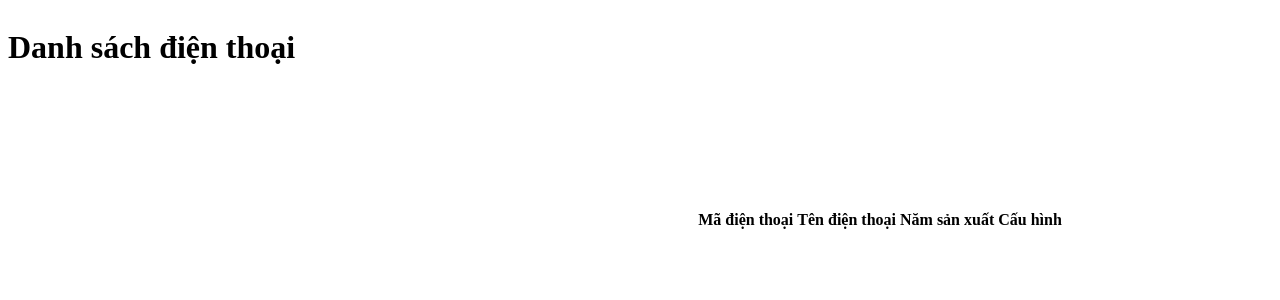
Repository: buikhacthang91042/Nam4_Ki1
Page: http://localhost/Tuan05/DanhSachDienThoaiNCC.jsp
The author's editor kept a copy of each file at every save. The page is drawn from the files as they stood at one save, then again after the next save.
The browser window is 1280 px wide. The pictures show the whole page.
The page is served by Tomcat 10. Nobody is signed in. The application's start-up code is not run. Other server files are loaded and not shown. The template is opened directly, without the code that normally fills it, so the values that code supplies are empty.

Above is the page before, as saved 2024-10-10 11:57:40.

### WWW/BuiKhacThang_21127151_Tuan05/Tuan05/src/main/webapp/DanhSachDienThoaiNCC.jsp
<%@ page contentType="text/html; charset=UTF-8" language="java"%>
<%@ taglib uri="http://java.sun.com/jsp/jstl/functions" prefix="fn"%>
<%@ taglib prefix="c" uri="jakarta.tags.core"%>
<!DOCTYPE html>
<html>
<head>
<meta charset="ISO-8859-1">
<title>Danh sách điện thoại theo nhà cung cấp</title>
<style type="text/css">
	.container{
		display: flex;
		flex-direction: row;
	}
	.menu{

	}
	.content{
		display:flex;
		margin-left: 400px;
		margin-top: 200px;
	}
</style>

</head>
<body>
	<form action="" method="GET">
	<div class="container">

		<div class="menu">
		<h1>Danh sách điện thoại</h1>
		<ul>
		<c:forEach var="NCC" items="${NhaCCList}">
			<li><a
				href="DanhSachDienThoaiNCCServlet?mancc= ${NCC.mancc}">${NCC.tenNhaCungCap}</a></li>
		</c:forEach>
		</ul>
		</div>

		<div class="content">
			<table>
				<thead>
					<tr>
						<th>Mã điện thoại</th>
						<th>Tên điện thoại</th>
						<th>Năm sản xuất</th>
						<th>Cấu hình</th>
					</tr>
				</thead>

				<tbody>
				<c:forEach var= "dienThoai" items= "${dienThoaiList}">
					<tr>
						<td>${dienThoai.madt} </td>
						<td>${dienThoai.tenDienThoai} </td>
						<td>${dienThoai.namSanXuat} </td>
						<td>${dienThoai.cauHinh} </td>
					</tr>
				</c:forEach>

				</tbody>
			</table>
		</div>

		</div>
	</form>
</body>
</html>

After the next save:
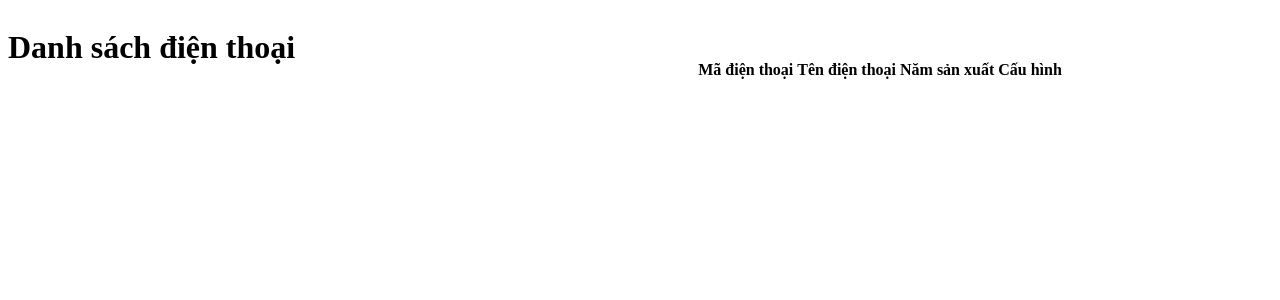
Saved 8 s later.
--- a/WWW/BuiKhacThang_21127151_Tuan05/Tuan05/src/main/webapp/DanhSachDienThoaiNCC.jsp
+++ b/WWW/BuiKhacThang_21127151_Tuan05/Tuan05/src/main/webapp/DanhSachDienThoaiNCC.jsp
@@ -17,7 +17,7 @@
 	.content{
 		display:flex;
 		margin-left: 400px;
-		margin-top: 200px;
+		margin-top: 50px;
 	}
 </style>
 
